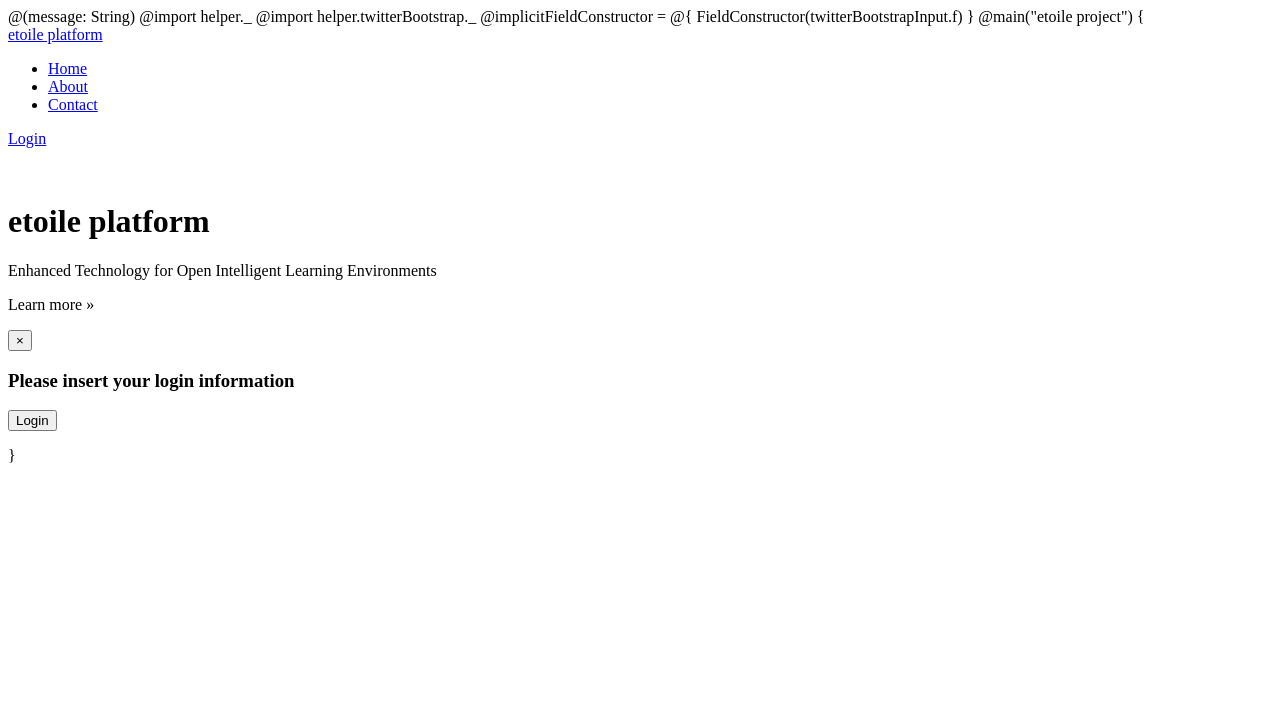
Repository: lopesdasilva/etoile
Page: etoile-play/.target/views/index.scala.html
The author's editor kept a copy of each file at every save. The page is drawn from the files as they stood at one save, then again after the next save.
The browser window is 1280 px wide. The pictures show the whole page.

Above is the page before, as saved 2012-10-23 12:04:11.

### etoile-play/.target/views/index.scala.html
@(message: String)

@import helper._
@import helper.twitterBootstrap._
@implicitFieldConstructor = @{ FieldConstructor(twitterBootstrapInput.f) }
@main("etoile project") {

<div class="navbar navbar-inverse navbar-fixed-top">
      <div class="navbar-inner">
        <div class="container">
          <a class="btn btn-navbar" data-toggle="collapse" data-target=".nav-collapse">
            <span class="icon-bar"></span>
            <span class="icon-bar"></span>
            <span class="icon-bar"></span>
          </a>
          <a class="brand" href="#">etoile platform</a>
          <div class="nav-collapse collapse">
            <ul class="nav">
              <li class="active"><a href="#">Home</a></li>
              <li><a href="#about">About</a></li>
              <li><a href="#contact">Contact</a></li>
            </ul>
            <form class="navbar-form pull-right">
             <a href="#loginModal" role="button" class="btn btn-primary" data-toggle="modal">Login</a>



            </form>
          </div><!--/.nav-collapse -->
        </div>
      </div>
    </div>


 <br>
<div class="hero-unit">
	<h1>etoile platform</h1>
	<p>Enhanced Technology for Open Intelligent Learning Environments</p>
	 <p><a class="btn btn-primary btn-large">Learn more &raquo;</a></p>
</div>


<form>
<div id="loginModal" class="modal hide fade" tabindex="-1" role="dialog" aria-labelledby="myModalLabel" aria-hidden="true">
  <div class="modal-header">
    <button type="button" class="close" data-dismiss="modal" aria-hidden="true">&times;</button>
    <h3 id="myModalLabel">Please insert your login information</h3>
  </div>
  <div class="modal-body">

  </div>
  <div class="modal-footer">
    <button class="btn btn-primary" formaction="signup" formmethod="post">Login</button>
  </div>
</div>
</form>

}

After the next save:
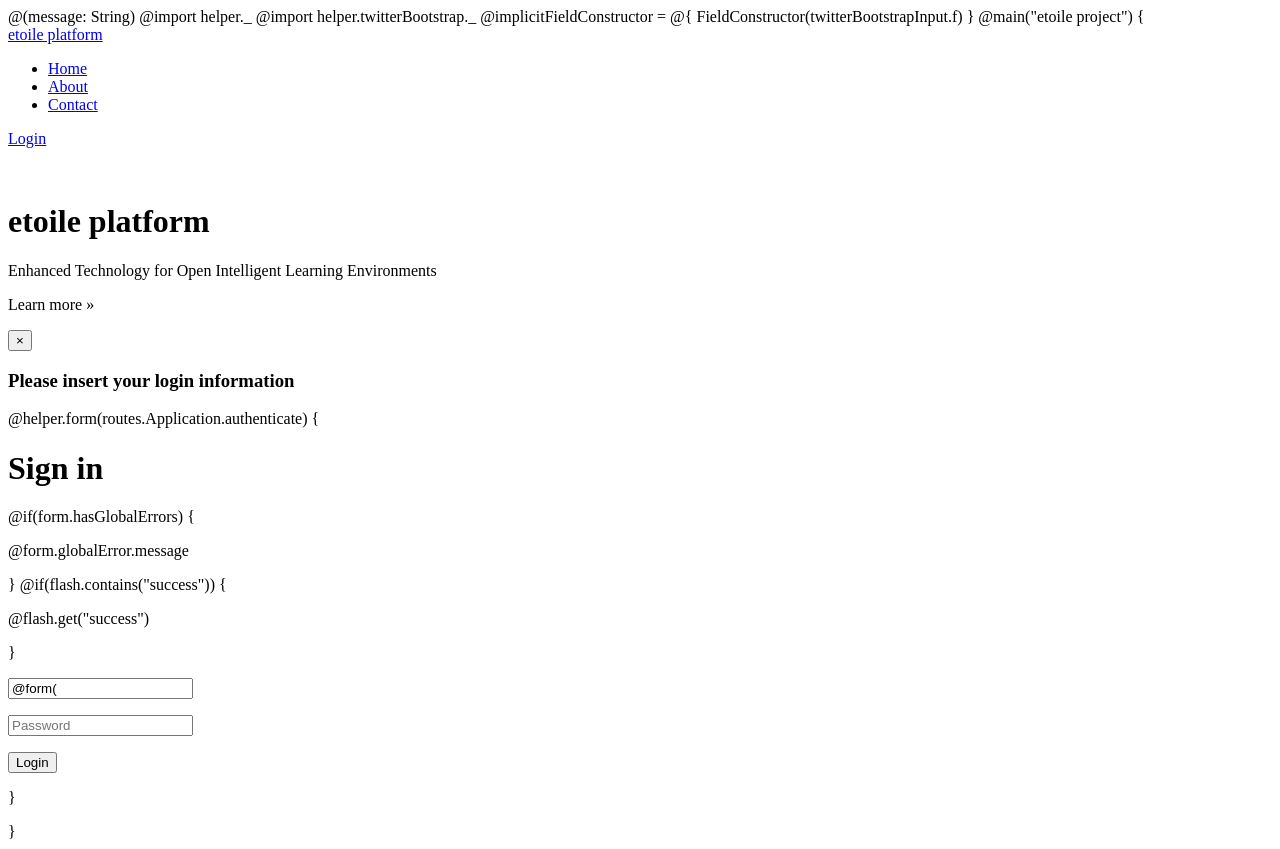
Saved 10 min 43 s later.
--- a/etoile-play/.target/views/index.scala.html
+++ b/etoile-play/.target/views/index.scala.html
@@ -47,10 +47,33 @@
     <h3 id="myModalLabel">Please insert your login information</h3>
   </div>
   <div class="modal-body">
+ @helper.form(routes.Application.authenticate) {
 
-  </div>
-  <div class="modal-footer">
-    <button class="btn btn-primary" formaction="signup" formmethod="post">Login</button>
+            <h1>Sign in</h1>
+
+            @if(form.hasGlobalErrors) {
+                <p class="error">
+                    @form.globalError.message
+                </p>
+            }
+
+            @if(flash.contains("success")) {
+                <p class="success">
+                    @flash.get("success")
+                </p>
+            }
+
+            <p>
+                <input type="email" name="email" placeholder="Email" value="@form("username").value">
+            </p>
+            <p>
+                <input type="password" name="password" placeholder="Password">
+            </p>
+            <p>
+                <button type="submit">Login</button>
+            </p>
+
+        }
   </div>
 </div>
 </form>
